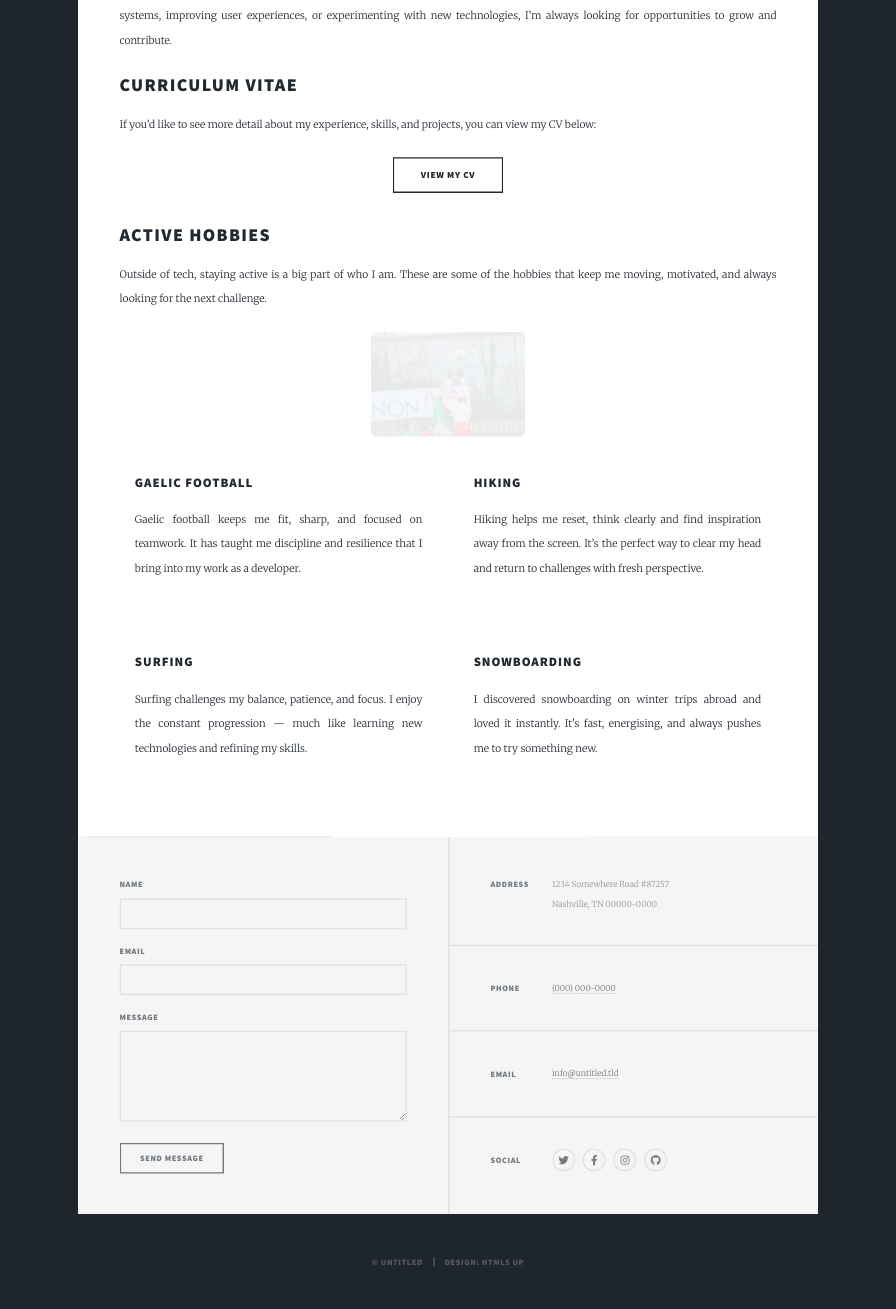
Repository: ciaranscan6/PersonalWebsite
Page: about-me.html
An editor plug-in stored every save of this project. The page is shown before and after the next save, followed by the edit.
The browser window is 1280 px wide. The pictures show the part of the page from y = 1341 to 3261 px (the page is 3211 px tall before and 3261 px after), at 70% of full size.

Above is the page before, as saved 2025-11-22 02:45:44.

### about-me.html
<!DOCTYPE HTML>
<!--
	Massively by HTML5 UP
	html5up.net | @ajlkn
	Free for personal and commercial use under the CCA 3.0 license (html5up.net/license)
-->
<html>
	<head>
		<title>About Me</title>
		<meta charset="utf-8" />
		<meta name="viewport" content="width=device-width, initial-scale=1, user-scalable=no" />
		<link rel="stylesheet" href="assets/css/main.css" />
		<noscript><link rel="stylesheet" href="assets/css/noscript.css" /></noscript>

		<!-- Small custom styles for the hobbies section -->
		<style>
			.hobbies {
				margin-top: 3rem;
			}

			.hobby-rotator-wrapper {
				width: 220px;        /* or 300px / 250px */
				height: 150px;       /* fixed height so layout never moves */
				margin: 0 auto 2rem;
				overflow: hidden;    /* hides edges if image doesn't fit */
				border-radius: 0.5rem;
			}

			#hobby-rotator {
				width: 100%;
				height: 100%;
				object-fit: cover;   /* ensures full coverage */
				transition: opacity 0.5s ease;
			}

			#hobby-rotator.fade-out {
				opacity: 0;
			}


			.hobby-rotator-wrapper img {
				width: 100%;
				border-radius: 0.5rem;
			}


			.hobby-grid {
				display: grid;
				gap: 2rem;
				margin-top: 2rem;

				/* Always 2 columns on desktop */
				grid-template-columns: repeat(2, 1fr);
			}

			/* Mobile layout: 1 column */
			@media screen and (max-width: 650px) {
				.hobby-grid {
					grid-template-columns: 1fr;
				}
			}


			.hobby-card {
				background: rgba(255, 255, 255, 0.03);
				padding: 1.5rem;
				border-radius: 0.5rem;
				display: flex;
				flex-direction: column;
				justify-content: flex-start;
			}


		</style>


	</head>
	<body class="is-preload">

		<!-- Wrapper -->
			<div id="wrapper">

				<!-- Header -->
					<header id="header">
						<a href="index.html" class="logo">Ciarán Scanlon</a>
					</header>

				<!-- Nav -->
					<nav id="nav">
						<ul class="links">
							<li><a href="index.html">Projects</a></li>
							<li class="active"><a href="about-me.html">About Me</a></li>
							<li><a href="elements.html">Elements Reference</a></li>
						</ul>
						<ul class="icons">
							<li><a href="#" class="icon brands fa-linkedin"><span class="label">LinkedIn</span></a></li>
							<li><a href="#" class="icon brands fa-facebook-f"><span class="label">Facebook</span></a></li>
							<li><a href="#" class="icon brands fa-instagram"><span class="label">Instagram</span></a></li>
							<li><a href="#" class="icon brands fa-github"><span class="label">GitHub</span></a></li>
						</ul>
					</nav>

				<!-- Main -->
					<div id="main">

						<!-- Post -->
							<section class="post">
								<header class="major">
									<span class="date">November 21, 2025</span>
									<h1>A Bit About Me</h1>
									<p>
										I’m a 23-year-old Computer Science graduate from University College Dublin, originally from Longford, Ireland.
										I’m outgoing, adventurous, and love solving real-world problems with technology.
									</p>
								</header>

								<!-- Main portrait / banner image -->
								<div class="image main">
									<img src="images/pic01.jpg" alt="Photo of Ciarán Scanlon" />
								</div>

								<!-- About Me Content -->
								<p>
									I studied Computer Science at <strong>University College Dublin (UCD)</strong>, where I developed a strong foundation in
									software development, problem solving, and working with others on challenging projects. I’m particularly interested in
									<strong>cybersecurity</strong>, <strong>sustainability</strong>, and building software that can make a meaningful difference
									to people and the planet.
								</p>

								<p>
									I enjoy working on projects where I can learn quickly, think creatively, and collaborate with others. Whether it’s
									designing secure systems, improving user experiences, or experimenting with new technologies, I’m always looking for
									opportunities to grow and contribute.
								</p>

								<!-- CV Button -->
								<section>
									<h2>Curriculum Vitae</h2>
									<p>
										If you’d like to see more detail about my experience, skills, and projects, you can view my CV below:
									</p>
									<ul class="actions special">
										<li>
											<a href="files\Ciarán_Scanlon_CV.pdf" target="_blank" class="button large">
												View My CV
											</a>
										</li>
									</ul>
								</section>

								<!-- Hobbies: Four mini slideshows -->
								<section class="hobbies">
									<h2>Active Hobbies</h2>
									<p>
										Outside of tech, staying active is a big part of who I am. These are some of the hobbies that keep me moving,
										motivated, and always looking for the next challenge.
									</p>

									<!-- Single rotating image, smaller and centered -->
									<div class="hobby-rotator-wrapper">
										<span class="image fit">
											<img id="hobby-rotator" src="images/hobbies/gaelic1.png" alt="Hobby slideshow" />
										</span>
									</div>

									<div class="hobby-grid">

										<div class="hobby-card">
											<h3>Gaelic Football</h3>
											<p>
												Gaelic football keeps me fit, sharp, and focused on teamwork. It has taught me discipline and resilience that
												I bring into my work as a developer.
											</p>
										</div>

										<div class="hobby-card">
											<h3>Hiking</h3>
											<p>
												Hiking helps me reset, think clearly and find inspiration away from the screen. It’s the perfect way to
												clear my head and return to challenges with fresh perspective.
											</p>
										</div>

										<div class="hobby-card">
											<h3>Surfing</h3>
											<p>
												Surfing challenges my balance, patience, and focus. I enjoy the constant progression — much like learning new
												technologies and refining my skills.
											</p>
										</div>

										<div class="hobby-card">
											<h3>Snowboarding</h3>
											<p>
												I discovered snowboarding on winter trips abroad and loved it instantly. It's fast, energising, and always
												pushes me to try something new.
											</p>
										</div>

									</div>
								</section>

							</section>

					</div>

				<!-- Footer -->
					<footer id="footer">
						<section>
							<form method="post" action="#">
								<div class="fields">
									<div class="field">
										<label for="name">Name</label>
										<input type="text" name="name" id="name" />
									</div>
									<div class="field">
										<label for="email">Email</label>
										<input type="text" name="email" id="email" />
									</div>
									<div class="field">
										<label for="message">Message</label>
										<textarea name="message" id="message" rows="3"></textarea>
									</div>
								</div>
								<ul class="actions">
									<li><input type="submit" value="Send Message" /></li>
								</ul>
							</form>
						</section>
						<section class="split contact">
							<section class="alt">
								<h3>Address</h3>
								<p>1234 Somewhere Road #87257<br />
								Nashville, TN 00000-0000</p>
							</section>
							<section>
								<h3>Phone</h3>
								<p><a href="#">(000) 000-0000</a></p>
							</section>
							<section>
								<h3>Email</h3>
								<p><a href="#">info@untitled.tld</a></p>
							</section>
							<section>
								<h3>Social</h3>
								<ul class="icons alt">
									<li><a href="#" class="icon brands alt fa-twitter"><span class="label">Twitter</span></a></li>
									<li><a href="#" class="icon brands alt fa-facebook-f"><span class="label">Facebook</span></a></li>
									<li><a href="#" class="icon brands alt fa-instagram"><span class="label">Instagram</span></a></li>
									<li><a href="#" class="icon brands alt fa-github"><span class="label">GitHub</span></a></li>
								</ul>
							</section>
						</section>
					</footer>

				<!-- Copyright -->
					<div id="copyright">
						<ul><li>&copy; Untitled</li><li>Design: <a href="https://html5up.net">HTML5 UP</a></li></ul>
					</div>

			</div>

		<!-- Scripts -->
			<script src="assets/js/jquery.min.js"></script>
			<script src="assets/js/jquery.scrollex.min.js"></script>
			<script src="assets/js/jquery.scrolly.min.js"></script>
			<script src="assets/js/browser.min.js"></script>
			<script src="assets/js/breakpoints.min.js"></script>
			<script src="assets/js/util.js"></script>
			<script src="assets/js/main.js"></script>

			<!-- JS: mini-slideshows for each hobby -->
			<script>
				document.addEventListener('DOMContentLoaded', function () {
					const imgElement = document.getElementById("hobby-rotator");
					if (!imgElement) return; // safety check

					const images = [
						"images/hobbies/gaelic1.png",
						"images/hobbies/gaelic2.jpg",
						"images/hobbies/hiking1.jpg",
						"images/hobbies/hiking2.jpg",
						"images/hobbies/surf1.jpg",
						"images/hobbies/surf2.jpg",
						"images/hobbies/snow1.jpg",
						"images/hobbies/snow2.jpg"
					];

					let current = 0;

					function rotateImages() {
						// apply fade-out
						imgElement.classList.add("fade-out");

						setTimeout(() => {
							// move to next image
							current = (current + 1) % images.length;
							imgElement.src = images[current];
							// remove fade-out to fade back in
							imgElement.classList.remove("fade-out");
						}, 500); // match the CSS transition time
					}

					// Start rotating every 3 seconds
					setInterval(rotateImages, 6000);
				});
			</script>



	</body>
</html>

Loaded but not shown: assets/js/jquery.min.js (library); assets/css/fontawesome-all.min.css (library); assets/js/jquery.scrollex.min.js (common file); assets/js/jquery.scrolly.min.js (common file); assets/js/browser.min.js (common file); assets/js/breakpoints.min.js (common file); assets/js/util.js (587 lines, source omitted); assets/js/main.js (258 lines, source omitted); assets/css/main.css (4689 lines, source omitted)

After the next save:
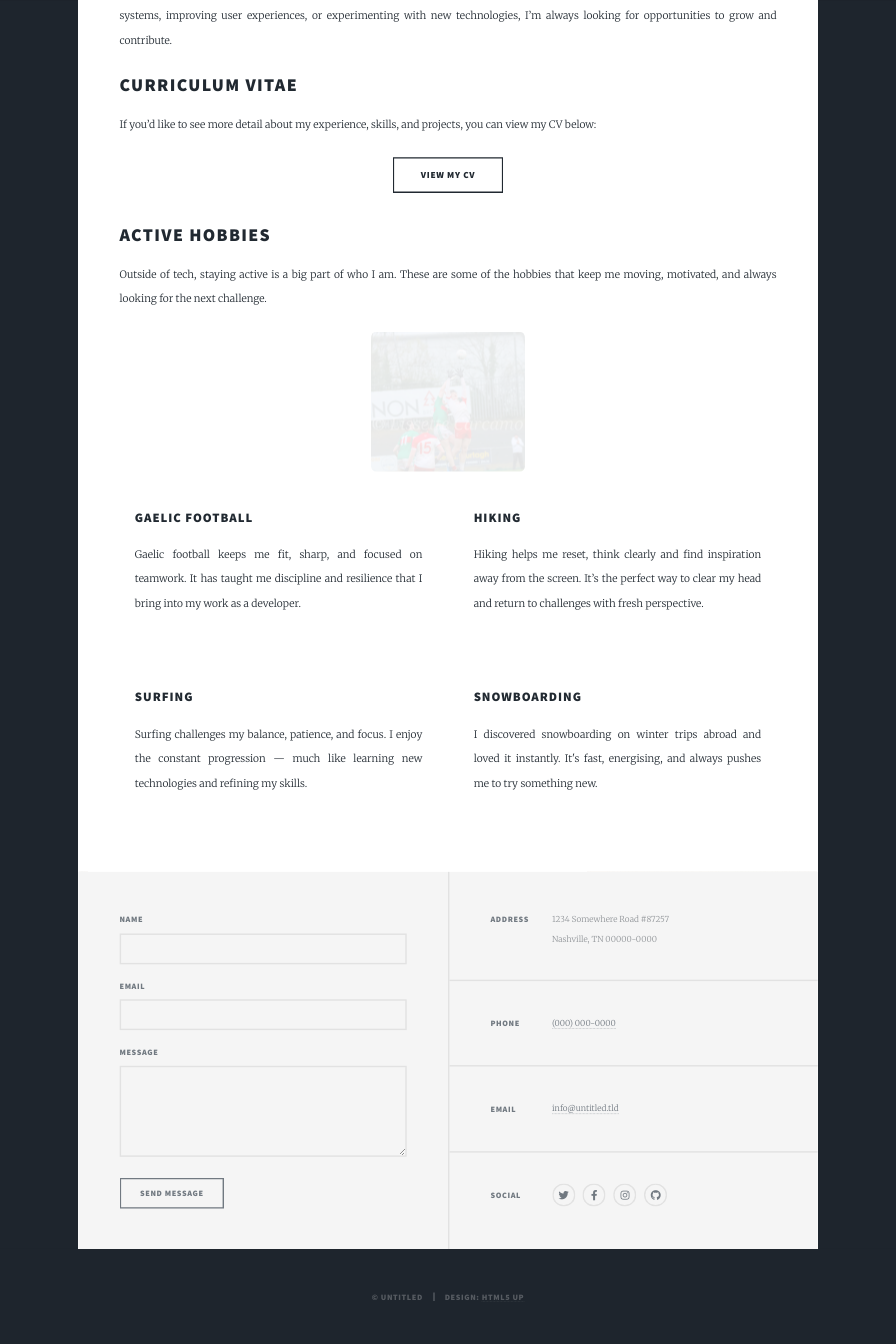
Saved 92 s later.
--- a/about-me.html
+++ b/about-me.html
@@ -20,7 +20,7 @@
 
 			.hobby-rotator-wrapper {
 				width: 220px;        /* or 300px / 250px */
-				height: 150px;       /* fixed height so layout never moves */
+				height: 200px;       /* fixed height so layout never moves */
 				margin: 0 auto 2rem;
 				overflow: hidden;    /* hides edges if image doesn't fit */
 				border-radius: 0.5rem;
